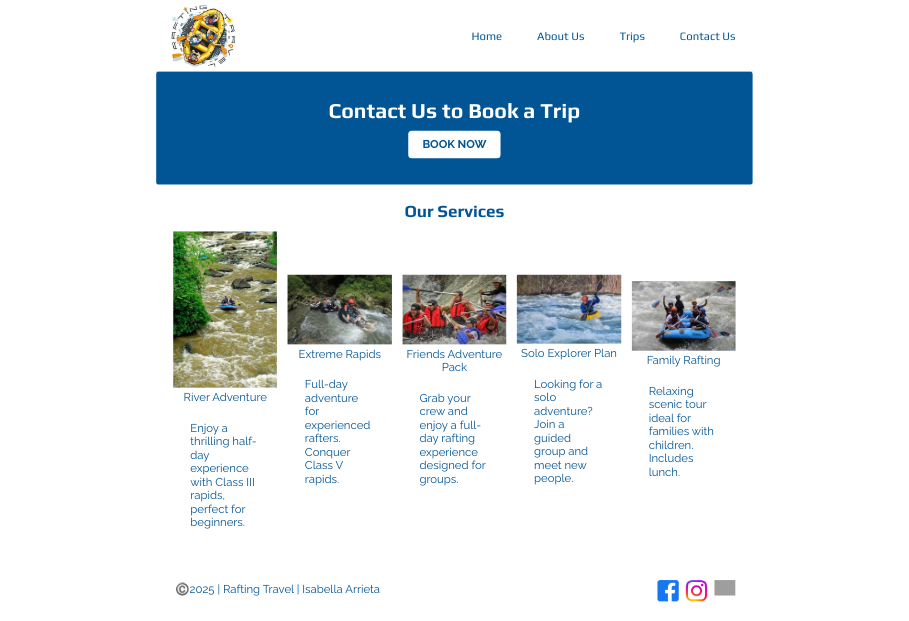
Repository: isaAJ05/wdd130
Page: wwr/trips.html
The author's editor kept a copy of each file at every save. The page is drawn from the files as they stood at one save, then again after the next save.
The browser window is 1280 px wide. The pictures show the whole page, at 71% of full size.
Pictures or frames that could not be fetched are drawn as grey boxes.

Above is the page before, as saved 2025-06-16 23:21:01.

### wwr/trips.html
<!DOCTYPE html>
<html lang="en">
<head>
    <meta charset="UTF-8">
    <meta name="viewport" content="width=device-width, initial-scale=1.0">
    <title>Trips-Rafting Travel</title>
    <meta name="description" content="Info about the trips of Rafting Travel">
    <meta name="author" content="Isabella Arrieta">
    <link rel="stylesheet" href="styles/rafting.css">
    <link rel="preconnect" href="https://fonts.googleapis.com">
    <link rel="preconnect" href="https://fonts.gstatic.com" crossorigin>
    <link href="https://fonts.googleapis.com/css2?family=Play:wght@400;700&family=Raleway:ital,wght@0,100..900;1,100..900&display=swap" rel="stylesheet">
</head>
<body>
    <header>
        <img src ="images/z-raftingcompas.jpg" alt="Rafting Company Logo">
    <nav>
        <a href="index.html">Home</a>
        <a href="about.html">About Us</a>
        <a href="trips.html">Trips</a>
        <a href="contact.html">Contact Us</a>
    </nav>
    </header>
    <main>
        <div class="rectangle-3">
            <h1 class="header-3">Contact Us to Book a Trip</h1>
            <a href="contact.html" class="btn">BOOK NOW</a>
        </div>
        <section class="Adventure">
            <h2>Our Services</h2>
            <figure>
                <img src="images/trips1.jpg" alt="">
                <figcaption>River Adventure</figcaption>
                <p>Enjoy a thrilling half-day experience with Class III rapids, perfect for beginners.</p>
            </figure>
            <figure>
                <img src="images/trips2.jpg" alt="">
                <figcaption>Extreme Rapids</figcaption>
                <p>Full-day adventure for experienced rafters. Conquer Class V rapids.</p>
            </figure>
            <figure>
                <img src="images/trips3.jpg" alt="">
                <figcaption>Friends Adventure Pack</figcaption>
                <p>Grab your crew and enjoy a full-day rafting experience designed for groups.</p>
            </figure>
            <figure>
                <img src="images/trips4.jpg" alt="">
                <figcaption>Solo Explorer Plan</figcaption>
                <p>Looking for a solo adventure? Join a guided group and meet new people.</p>
            </figure>
            <figure>
                <img src="images/trips5.jpg" alt="">
                <figcaption>Family Rafting</figcaption>
                <p>Relaxing scenic tour ideal for families with children. Includes lunch.</p>
            </figure>
        </section>
        </main>
    <footer>
        <p>©️2025 | Rafting Travel | Isabella Arrieta</p>
        <nav class="socialmedia">
            <a href="https://www.facebook.com/">
                <img src="images/facebook.webp" alt="Facebook" width="30">
            </a>
            <a href="https://www.instagram.com/">
                <img src="images/instagram.webp" alt="Instagram" width="30">
            </a>
            <a href="https://x.com/home">
                <img src="images/x.webp" alt="X" width="30">
            </a>
        </nav>
    </footer>
</body>
</html>

### wwr/styles/rafting.css
:root {
    --primary-color: #FC9F1C;
    --secondary-color: #FFE77C;
    --accent1-color: #025595;
    --accent2-color: #A6DEF6;
    --heading-font: "Play", sans-serif;
    --body-font: "Raleway", sans-serif;
}

header {
    margin: 1rem auto;
    background-color: #fff;
    color: var(--secondary-color);
    display: grid;
	grid-template-columns: 1fr 1fr;
    align-items: center;
    border-bottom: 1px solid #ccc;

}
header img {
    width: 100px;
    height: auto;
    margin-left: 16px;
}
*{
    margin: 0;
    padding: 0;
    box-sizing: border-box;
}
body {
    font-family: var(--body-font);
    color: var(--accent1-color);
}
 header, main, footer {
    width: 840px;
    margin: 0 auto;
}
h1, h2{
    font-family: var(--heading-font);
    color: var(--accent1-color);
}
p, section, article{
    margin: 16px;
    padding: 8px;
}
.History {
    display: grid;
	grid-template-columns: 1fr 1fr 1fr;
    align-items: center;
    grid-gap: 1px;
}
.History h2{
    grid-column: 1/4;
    text-align: center;

}
.History img{
    width: 100%;
    height: auto;
}
.Adventure {
    display: grid;
    grid-template-columns: 1fr 1fr 1fr 1fr 1fr;
    align-items: center;
    grid-gap: 15px;
}
.Adventure h2{
    grid-column: 1/6;
    text-align: center;
}
.Adventure img{
    width: 100%;
    height: auto;
}
figcaption {
    text-align: center;
}
nav {
    margin: 16px;
    padding: 8px;
    display: flex;
    justify-content: space-between;
	flex: 1 1 auto;

}
nav a {
    text-decoration: none;
    font-family: var(--heading-font);
    color: var(--accent1-color);
}
nav a:hover {
    color: var(--primary-color);
    text-decoration: underline;
}

.socialmedia a{
    text-decoration: none;
}
.socialmedia {
    justify-content: right;
    gap: 10px;
}

.herodiv{
    position: relative;
    margin: 1em auto;

}

.herodiv img{
    display: block;
    width: 100%;
    height: auto;
}

.herodiv h1{
    position: absolute;
    top: 20px;
    width: 100%;
    padding: 16px;
    text-align: center;
    opacity: 0.9;
    background-color: var(--accent1-color);
    color: #ffffff;

}

.herodiv article{
    position: absolute;
    top: 150px;
    left: 5px;
    width: 800px;
    opacity: 0.9;
    background-color: var(--accent1-color);
    color: #ffffff;
}
.herodiv article img{
    float: right;
    width: 230px;
    padding: 8px;
}
footer {
    display: flex;

}
footer p {
    margin: 19px;
    padding: 8px;

}
.rectangle-3 {
	width: 840px;
	height: 159px;
	padding: 8px 8px 8px 8px;
	background:var(--accent1-color);
    margin: 0 auto;
    display: flex;
    flex-direction: column;
    align-items: center;
    justify-content: center;
	border-radius: 3px 3px 3px 3px;

}
.rectangle-3 .header-3 {
    width: 463px;
	height: 36px;
	color: #FFFFFF;
	font-family: var(--heading-font);
	font-weight: 700;
	font-size: 30px;
	line-height: 1.2;
	text-align: center;
}
.we-love-questions-and-feedback-and-we-re-always- {
	width: 418px;
	height: 44px;
	color: #FFFFFF;
	font-family: var(--body-font);
	font-weight: 400;
	font-size: 13px;
	line-height: 1.4;
	text-align: center;
}
.rectangle-4 {
	width: 840px;
	height: 348px;
	background: #FFFFFF;
	border-radius: 3px 3px 3px 3px;
    display: flex;
    align-items: flex-start;
}
.column-text{
    flex:1;
    padding: 20px;
    align-items: center;
}
.column-text .block{
    flex:1;
}

.column-map {
    flex: 1;
    text-align: right;;
}

.column-map iframe {
	max-width: 463px;
	height: 348px;
	background: #00000000;

}


.header-14 {
	width: 223px;
	color: var(--accent1-color);
	font-family: var(--body-font);
	font-weight: 700;
	font-size: 24px;
	line-height: 1.2;
    text-align: left;
    margin-top: 34px;
}
.jackson-wyoming-ee-uu- {

    margin-top: 35px;
	color: var(--accent1-color);
	font-family: var(--body-font);
	font-weight: 600;
	font-size: 16px;
	line-height: 1.1;
	text-align: left;
    padding-left: 6px;
}


.address-phone-and-email {
    margin-top: 20px;
	color: var(--accent1-color);
	font-family: var(--body-font);
	font-weight: 400;
	font-size: 11px;
	line-height: 1.5;
	text-align: left;
}
.address-phone-and-email img {
	width: 18px;
	height: 18px;
}
.address-phone-and-email figure {
    display: flex;
    gap: 10px;
    margin: 0;
    margin-top: 10px;
}



.rectangle-5 {
	width: 840px;
	height: 240px;
    padding: 20px 20px 20px 20px;
	background: var(--accent1-color);
	border-radius: 3px 3px 3px 3px;
    display: grid;
    grid-template-columns: 1fr 1fr 1fr;
    align-items: center;
    justify-items: center;
}
.rectangle-5 img {
	width: 120px;
	height: 135px;
	background: #00000000;
}

.rectangle-5 figcaption {
	width: 111px;
	height: 15px;
	color: #FFFFFF;
	font-family: var(--body-font);
	font-weight: 500;
	font-size: 14px;
	line-height: 1.1;
	text-align: center;
}

.header-16 {
	width: 223px;
	height: 48px;
	color: #FFFFFF;
	font-family: var(--heading-font);
	font-weight: 700;
	font-size: 24px;
	line-height: 1.2;
	text-align: center;
    grid-column: 1/4;
    margin: 0 auto;
}

.rectangle-6 {
	width: 840px;
	height: 551px;
	padding: 8px 8px 8px 8px;
	background: #EDF0F4;
	border-radius: 3px 3px 3px 3px;
}
.rectangle-7 {
	width: 840px;
	height: 340px;
	padding: 8px 8px 8px 8px;
	background: #EDF0F4;
	border-radius: 3px 3px 3px 3px;
}
.rectangle-6 h2, .rectangle-7 h2 {
    margin-top: 48px;
	color: #3B4754;
	font-family: var(--heading-font);
	font-weight: 700;
	font-size: 24px;
	line-height: 1.2;
	text-align: center;
}

.rectangle-6 p, .rectangle-7 p {
	color: #4f6278;
	font-family: var(--body-font);
	font-weight: 400;
	font-size: 13px;
	line-height: 1.5;
	text-align: center;
}

.rectangle-6 .row, .rectangle-7 .row {
    display: flex;
    gap: 20px;
    align-items: center;
    justify-content: center;
    padding-top: 16px;
    padding-bottom: 16px;

}

.rectangle-6 .form-title, .rectangle-7 .form-title {
    display: flex;
    flex-direction: column;

}
.rectangle-6 .form-title label, .rectangle-7 .form-title label {
	width: 31px;
	height: 12px;
	color: #3B4754;
	font-family: var(--body-font);
	font-weight: 700;
	font-size: 11px;
	line-height: 1.1;
	text-align: left;
}
.rectangle-6 .form-title input, .rectangle-7 .form-title input {
	width: 225px;
	height: 28px;
	background: #FFFFFF;
	color: #9FAFC1;
	border-color: #C9D3DD;
	border-width: 2px;
	border-style: solid;
	border-radius: 4px 4px 4px 4px;
	font-family: var(--body-font);
	font-weight: 400;
	font-size: 12px;
	text-align: left;
    margin-top: 4px;
}
.rectangle-6 .title label, .rectangle-7 .title label {
	width: 31px;
	height: 12px;
	color: #3B4754;
	font-family: var(--body-font);
	font-weight: 700;
	font-size: 11px;
	line-height: 1.1;
	text-align: left;
    padding-left: 176px;
}
.radio{
    padding-left: 176px;

}

input[type="radio"]{
	background: #FFFFFF;
	border-color: #C9D3DD;
	border-width: 1.5px;
	border-style: solid;
}
.radio label {
    font-family: var(--body-font);
	font-weight: normal;
	font-size: 12px;
	text-align: left;
    color: #232323;
}
.rectangle-6 .textarea {
    display: flex;
    flex-direction: column;
    align-items: center;
    justify-content: center;
}
.rectangle-6 .textarea textarea {
    width: 469px;
	height: 99px;
	background: #FFFFFF;
	color: #000000;
	border-color: #C9D3DD;
	border-width: 2px;
	border-style: solid;
	border-radius: 4px 4px 4px 4px;
	font-family: var(--body-font);
	font-weight: 400;
	font-size: 12px;
	text-align: left;

}
.check {
    padding-left: 260px;
    padding-top: 20px;
    padding-bottom: 16px;
}
.check checkbox {
	width: 371px;
	height: 19px;
	background: #FFFFFF;
	border-color: #C9D3DD;
	border-width: 1.5px;
	border-style: solid;

}

.check label{
    font-family: var(--body-font);
	font-weight: normal;
	font-size: 12px;
	text-align: left;
	color: #4f6278;;
}
.send {
    padding-left: 360px;
}
.rectangle-6 button, .hero button, .rectangle-7 button {
	width: 100px;
	height: 28px;
	padding: 0px 10px 0px 10px;
	background: var(--accent1-color);
	color: #FFFFFF;
	border-color: #3B4754;
	border-width: 1px;
	border-style: solid;
	border-radius: 2px 2px 2px 2px;
	font-family: var(--body-font);
	font-weight: 700;
	font-size: 10px;
	text-align: center;

}
.rectangle-6 button:hover, .btn:hover, .rectangle-7 button:hover {
    background: var(--primary-color);
    color: #fff;
    cursor: pointer;
}
.hero {
	position: relative;
}
.hero img {
	width: 100%;
	display: block;
}
.hero-text {
	position: absolute;
	top: 360px;
	width: 100%;
	text-align: center;
	background-color: var(--accent1-color);
	padding: 20px;
	opacity: 0.9;
	color: #ffffff;
}

.hero-text h1 {
	font-size: 1.7rem;
	margin: 0;
	font-family: var(--heading-font);
	color: #ffffff;
}
.btn {
	display: inline-block;
	margin-top: 10px;
	padding: 10px 20px;
	background-color: #ffffff;
	color: var(--accent1-color);
	text-decoration: none;
	border-radius: 5px;
	font-weight: bold;
}
.more-info {
    display: grid;
    grid-template-columns: 1fr 1fr 1fr;
    align-items: center;
    justify-items: center;

}

.more-info h2{
    grid-column: 1/4;
    text-align: center;
	margin-bottom: 16px;

}
.more-info img{
    width: 200px;
    height: auto;
}
.more-info figcaption{
	text-align: center;
	padding: 8px;
	font-family: var(--body-font);
	color: var(--accent1-color);
	font-weight: 500;
	font-size: 14px;
}

After the next save:
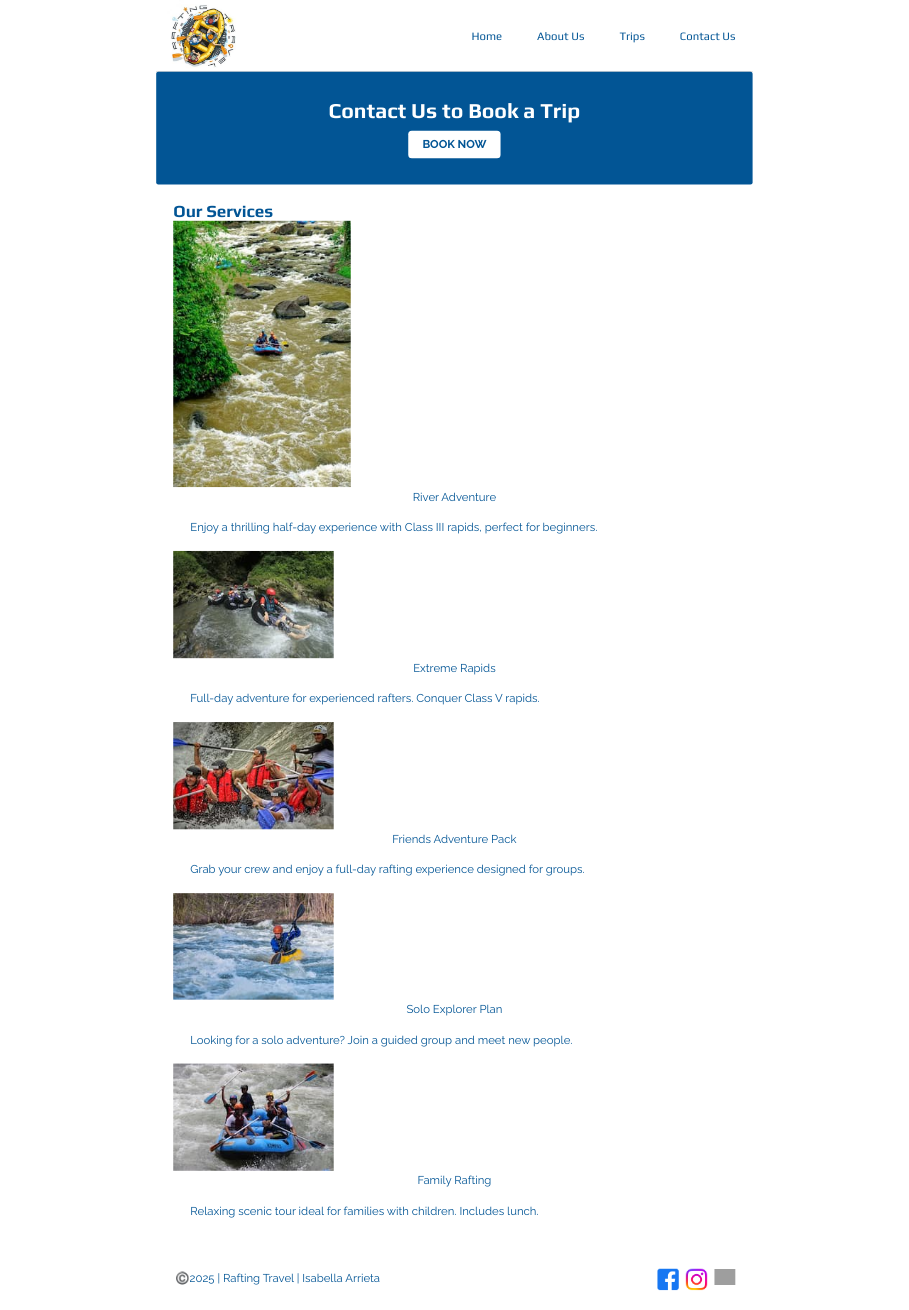
Saved 40 s later.
--- a/wwr/trips.html
+++ b/wwr/trips.html
@@ -26,7 +26,7 @@
             <h1 class="header-3">Contact Us to Book a Trip</h1>
             <a href="contact.html" class="btn">BOOK NOW</a>
         </div>
-        <section class="Adventure">
+        <section class="Services">
             <h2>Our Services</h2>
             <figure>
                 <img src="images/trips1.jpg" alt="">
